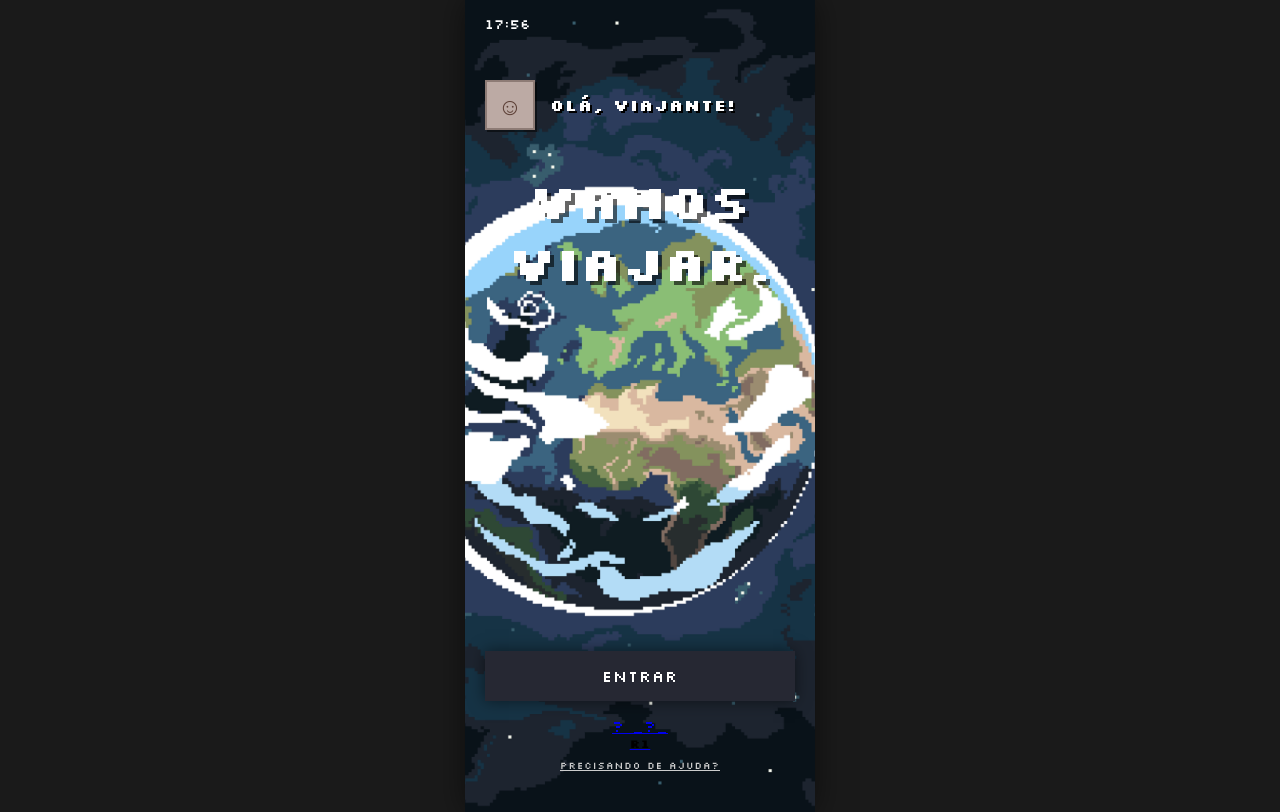
Repository: Davsool/Passport
Page: home.html
The author's editor kept a copy of each file at every save. The page is drawn from the files as they stood at one save, then again after the next save.
The browser window is 1280 px wide. The pictures show the whole page.

Above is the page before, as saved 2025-12-30 01:35:05.

After the next save:
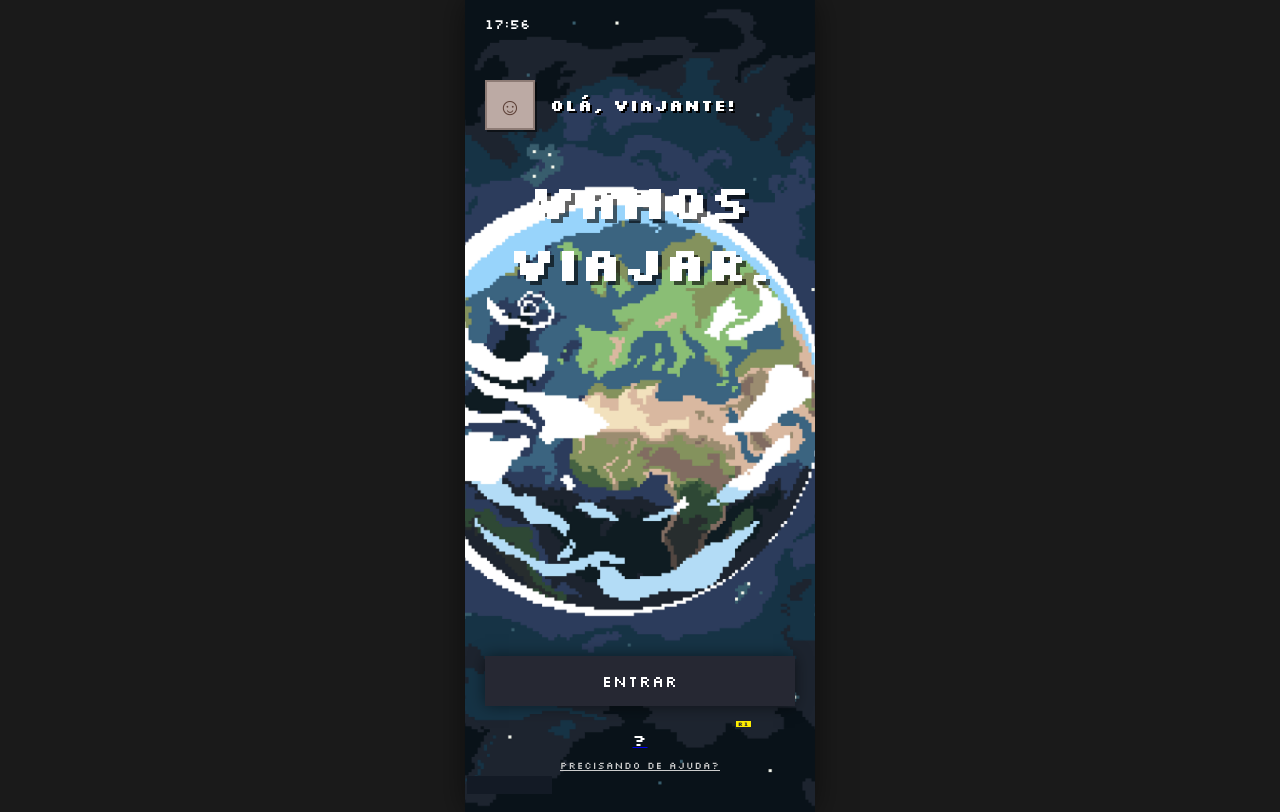
Saved 53 s later.
--- a/style.css
+++ b/style.css
@@ -683,3 +683,137 @@ input::placeholder { color: #bbb; }
 
 .menu-btn-option:last-child { border-bottom: none; }
 .menu-btn-option:hover { background-color: #404250; color: #ffff00; }
+
+
+/*4.1 Remendo do gif*/
+.bg-patch {
+    position: absolute;
+    background-color: #131a25;
+    width: 85px;
+    height: 18px;
+    bottom: 18px;
+    left: 2px;
+    z-index: 1;
+}
+
+
+/* O Botão Glitch (Estilos Visuais) */
+.btn {
+    --primary: #a0297c;
+    --shadow-primary: #fded00;
+    --color: white;
+    --font-size: 16px;
+    --shadow-primary-hue: 180;
+    --shadow-secondary-hue: 60;
+    --shadow-secondary: hsl(var(--shadow-secondary-hue), 90%, 60%);
+    --clip: polygon(11% 0, 95% 0, 100% 25%, 90% 90%, 95% 90%, 85% 90%, 85% 100%, 7% 100%, 0 80%);
+    --border: 2px;
+    --shimmy-distance: 5;
+    --clip-one: polygon(0 2%, 100% 2%, 100% 95%, 95% 95%, 95% 90%, 85% 90%, 85% 95%, 8% 95%, 0 70%);
+    --clip-two: polygon(0 78%, 100% 78%, 100% 100%, 95% 100%, 95% 90%, 85% 90%, 85% 100%, 8% 100%, 0 78%);
+    --clip-three: polygon(0 44%, 100% 44%, 100% 54%, 95% 54%, 95% 54%, 85% 54%, 85% 54%, 8% 54%, 0 54%);
+    --clip-four: polygon(0 0, 100% 0, 100% 0, 95% 0, 95% 0, 85% 0, 85% 0, 8% 0, 0 0);
+    --clip-five: polygon(0 0, 100% 0, 100% 0, 95% 0, 95% 0, 85% 0, 85% 0, 8% 0, 0 0);
+    --clip-six: polygon(0 40%, 100% 40%, 100% 85%, 95% 85%, 95% 85%, 85% 85%, 85% 85%, 8% 85%, 0 70%);
+    --clip-seven: polygon(0 63%, 100% 63%, 100% 80%, 95% 80%, 95% 80%, 85% 80%, 85% 80%, 8% 80%, 0 70%);
+
+    color: var(--color);
+    text-transform: uppercase;
+    font-size: var(--font-size);
+    letter-spacing: 1px;
+    position: relative;
+    font-weight: 900;
+    width: 100%;
+    height: 100%;
+    line-height: 38px;
+    text-align: center;
+    transition: background 0.2s, 0.3s;
+    cursor: pointer;
+    font-family: 'Silkscreen', cursive;
+}
+
+.btn:hover {
+    --primary: #a52f82;
+}
+
+.btn:after, .btn:before {
+    content: '';
+    position: absolute;
+    top: 0;
+    left: 0;
+    right: 0;
+    bottom: 0;
+    clip-path: var(--clip);
+    z-index: -1;
+}
+
+.btn:before {
+    background: var(--shadow-primary);
+    transform: translate(var(--border), 0);
+}
+
+.btn:after {
+    background: var(--primary);
+}
+
+.btn__glitch {
+    position: absolute;
+    top: calc(var(--border) * -1);
+    left: calc(var(--border) * -1);
+    right: calc(var(--border) * -1);
+    bottom: calc(var(--border) * -1);
+    background: var(--shadow-primary);
+    text-shadow: 2px 2px var(--shadow-primary), -2px -2px var(--shadow-secondary);
+    clip-path: var(--clip);
+    animation: glitch 2s infinite;
+    display: none;
+    line-height: 38px;
+}
+
+.radio-wrapper:hover .btn .btn__glitch {
+    display: block;
+}
+
+.btn__glitch:before {
+    content: '';
+    position: absolute;
+    top: calc(var(--border) * 1);
+    right: calc(var(--border) * 1);
+    bottom: calc(var(--border) * 1);
+    left: calc(var(--border) * 1);
+    clip-path: var(--clip);
+    background: var(--primary);
+    z-index: -1;
+}
+
+@keyframes glitch {
+    0% { clip-path: var(--clip-one); }
+    2%, 8% { clip-path: var(--clip-two); transform: translate(calc(var(--shimmy-distance) * -1%), 0); }
+    6% { clip-path: var(--clip-two); transform: translate(calc(var(--shimmy-distance) * 1%), 0); }
+    9% { clip-path: var(--clip-two); transform: translate(0, 0); }
+    10% { clip-path: var(--clip-three); transform: translate(calc(var(--shimmy-distance) * 1%), 0); }
+    13% { clip-path: var(--clip-three); transform: translate(0, 0); }
+    14%, 21% { clip-path: var(--clip-four); transform: translate(calc(var(--shimmy-distance) * 1%), 0); }
+    25% { clip-path: var(--clip-five); transform: translate(calc(var(--shimmy-distance) * 1%), 0); }
+    30% { clip-path: var(--clip-five); transform: translate(calc(var(--shimmy-distance) * -1%), 0); }
+    35%, 45% { clip-path: var(--clip-six); transform: translate(calc(var(--shimmy-distance) * -1%)); }
+    40% { clip-path: var(--clip-six); transform: translate(calc(var(--shimmy-distance) * 1%)); }
+    50% { clip-path: var(--clip-six); transform: translate(0, 0); }
+    55% { clip-path: var(--clip-seven); transform: translate(calc(var(--shimmy-distance) * 1%), 0); }
+    60% { clip-path: var(--clip-seven); transform: translate(0, 0); }
+    31%, 61%, 100% { clip-path: var(--clip-four); }
+}
+
+.number {
+    background: var(--shadow-primary);
+    color: #323232;
+    font-size: 5.5px;
+    font-weight: 700;
+    letter-spacing: 1px;
+    position: absolute;
+    width: 15px;
+    height: 6px;
+    top: 0;
+    left: 81%;
+    line-height: 6.2px;
+}
